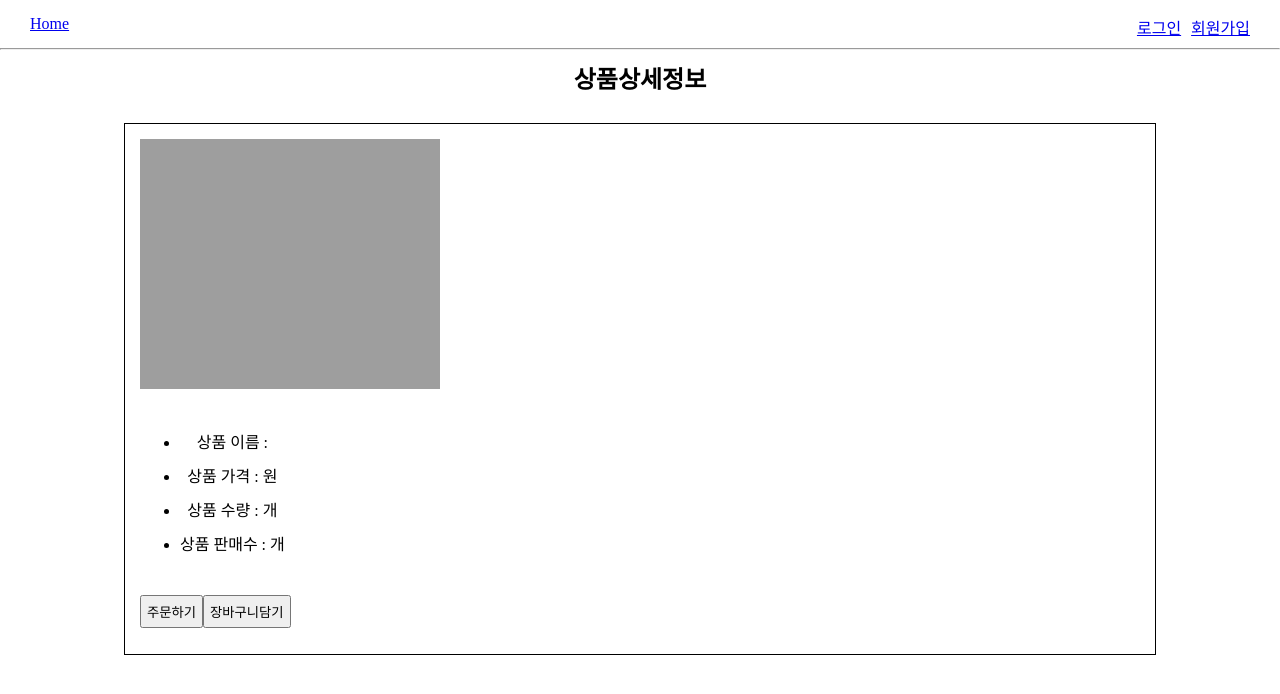
Repository: quswldms137/Shopping
Page: http://localhost/shop/WEB-INF/views/productDetail.jsp
The author's editor kept a copy of each file at every save. The page is drawn from the files as they stood at one save, then again after the next save.
The browser window is 1280 px wide. The pictures show the whole page.
Pictures or frames that could not be fetched are drawn as grey boxes. The page is served by Tomcat 10. Nobody is signed in. Other server files are loaded and not shown. The template is opened directly, without the code that normally fills it, so the values that code supplies are empty.

Above is the page before, as saved 2024-05-29 07:19:49.

### shop/shop/src/main/webapp/WEB-INF/views/productDetail.jsp
<%@ page language="java" contentType="text/html; charset=UTF-8"
    pageEncoding="UTF-8"%>
<!DOCTYPE html>
<html>
<head>
<meta charset="UTF-8">
<title>Insert title here</title>
<style>
.container, h2 {
display: flex;
justify-content: center;
align-items: center;
flex-direction: column;
}
h2{padding:10px;}
.img {
    display: flex;
    flex-direction: column; /* 수직 정렬 */
    align-items: flex-start; /* 가로축 가운데 정렬 */
    justify-content: flex-start; /* 세로축 가운데 정렬 */
    border: 1px solid black; /* 테두리 스타일 및 두께 설정 */
    padding: 15px; /* 테두리와 내용 사이의 간격 설정 */
    width: 1000px;
    height: 500px;
    text-align: center; /* 텍스트 가운데 정렬 */
}
.text {
    padding: 30px;
}
.text li{
	margin:10px;
}
.btn {
    display: flex;
    flex-direction: row; /* 수직 정렬 */
    align-items: center; /* 가로축 가운데 정렬 */
    justify-content: center; /* 세로축 가운데 정렬 */
}
.btn button{
	padding:5px;
}

</style>
</head>
<body>
<header>
	<%@ include file="header.jsp" %>
</header>
<session>
<hr>
<h2>상품상세정보</h2>
<br>
<div class="container">
	<div class="img">
		<img id="img-img" src="/images/${product.url }" alt="${product.pname }" width="300px" height="250px">
		<div class="text">
			<ul>
				<li>상품 이름 : ${product.pname }</li>
				<li>상품 가격 : ${product.price }원</li>
				<li>상품 수량 : ${product.stock }개</li>
				<li>상품 판매수 : ${product.sales }개</li>
			</ul>
		</div>
		<div class="btn">
			<a href="orderDo"><button>주문하기</button></a>
			<a href="cartDo"><button>장바구니담기</button></a>
		</div>
	</div>
</div>
</session>
</body>
</html>

### shop/shop/src/main/webapp/WEB-INF/views/header.jsp
<%@ page language="java" contentType="text/html; charset=UTF-8"
    pageEncoding="UTF-8"%>
<!DOCTYPE html>
<html>
<head>
<meta charset="UTF-8">
<title>Insert title here</title>
<style>
*{
	margin:0;
	padding:0;
}
header {
	margin:15px;
}
.header-right {
  float: right;
  margin-left:10px;
}
</style>
</head>
<body>
	<header>
			<a class="home_btn" href="/">Home</a>

			<a id="regBtn" class="header-right" href="registForm">회원가입</a>
			<a id="loginBtn" class="header-right" href="loginForm">로그인</a>

			<a id="logoutBtn" class="header-right" href="logout">로그아웃</a>
			<a href="mypage"><span id="name" class="header-right"></span></a>
	</header>

	<script>

	const loginBtn = document.querySelector("#loginBtn");
	const regBtn = document.querySelector("#regBtn");
	const logoutBtn = document.querySelector("#logoutBtn");
	const userName = document.querySelector("#name");

		if(${sessionScope.username eq null}){
			logoutBtn.style.display="none";
		}else{
			loginBtn.style.display="none";
			regBtn.style.display="none";
			logoutBtn.style.display="block";
			userName.innerHTML="${sessionScope.username} 님😀";
		}
	</script>
</body>
</html>

After the next save:
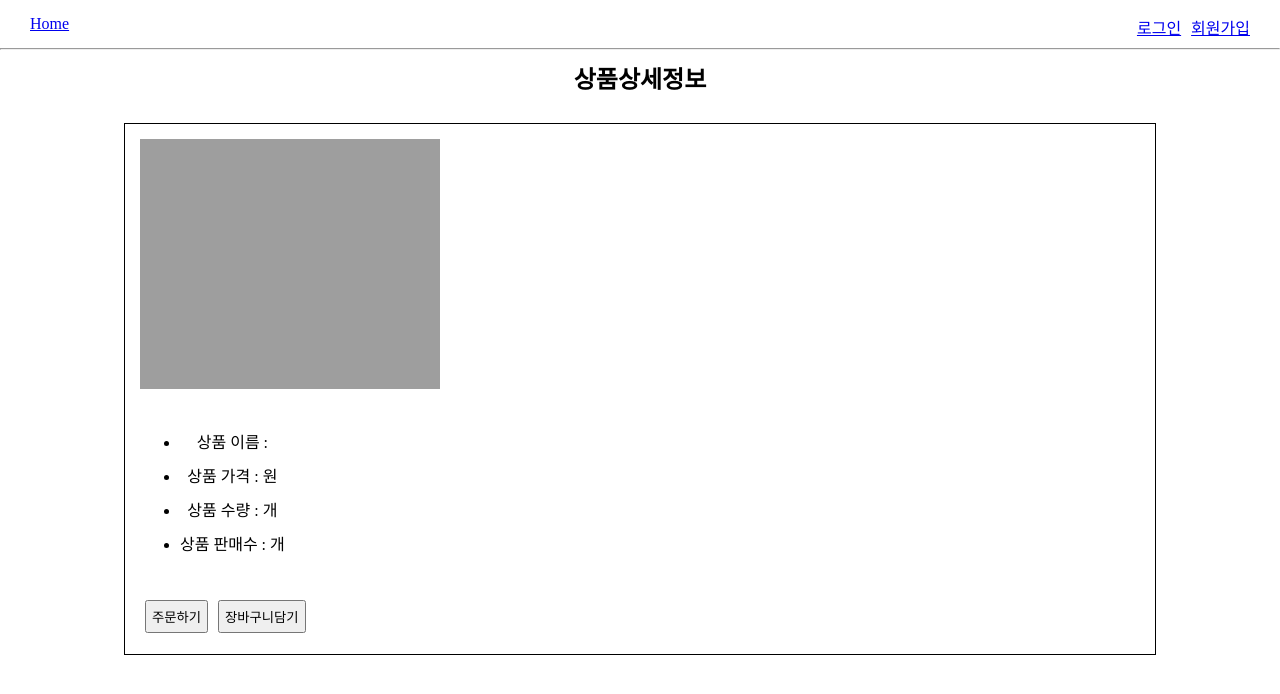
Saved 16 s later.
--- a/shop/shop/src/main/webapp/WEB-INF/views/productDetail.jsp
+++ b/shop/shop/src/main/webapp/WEB-INF/views/productDetail.jsp
@@ -38,6 +38,7 @@ h2{padding:10px;}
 }
 .btn button{
 	padding:5px;
+	margin:5px;
 }
 
 </style>
